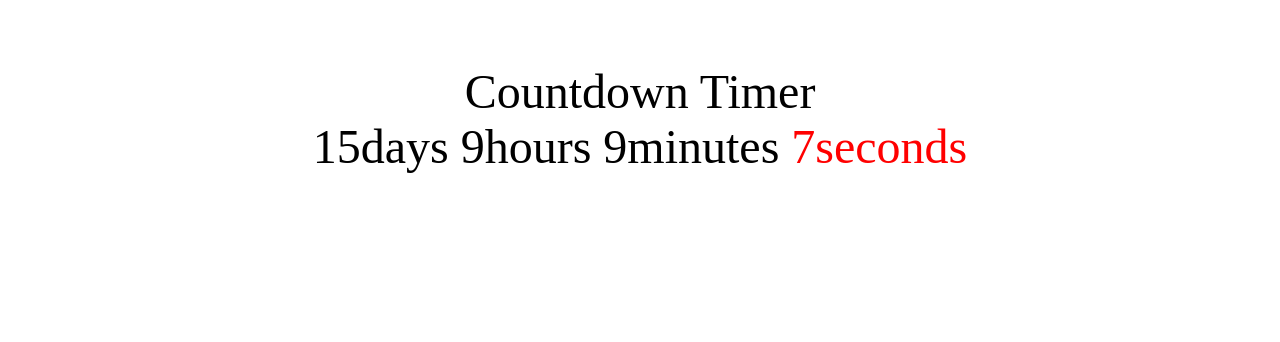
Repository: sinarinzifabrice/Events
Page: index.html
An editor plug-in stored every save of this project. The page is shown before and after a run of saves, followed by the edit.
The browser window is 1280 px wide. The pictures show the whole page.

Above is the page before, as saved 2024-05-16 10:00:07.

After the next 2 saves:
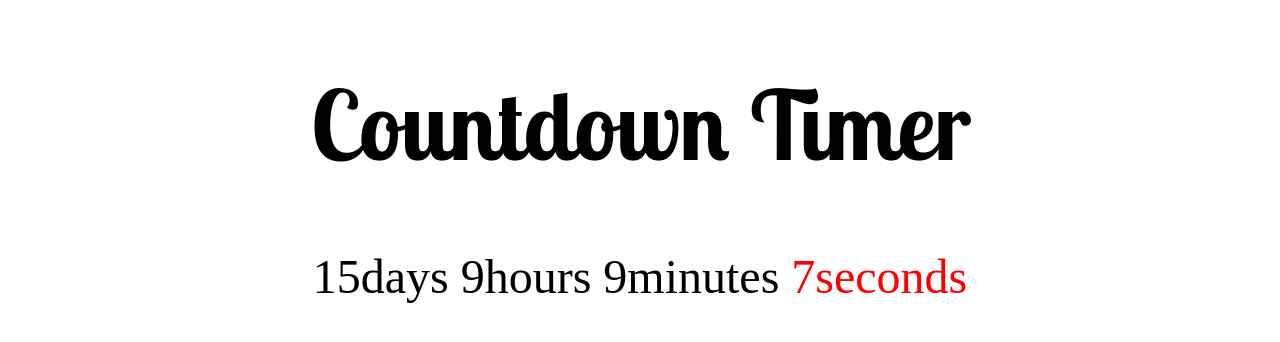
The 2 saves are shown as one change because they came seconds apart.
The last was saved 6 s later.
--- a/index.html
+++ b/index.html
@@ -24,7 +24,7 @@
 </head>
 <body>
 
-   <div class="countdown"><h1></h1>Countdown Timer</div>
+   <div class="countdown"><h1>Countdown Timer</h1></div>
    <div id="countdown" class="countdown"></div>
 
 
